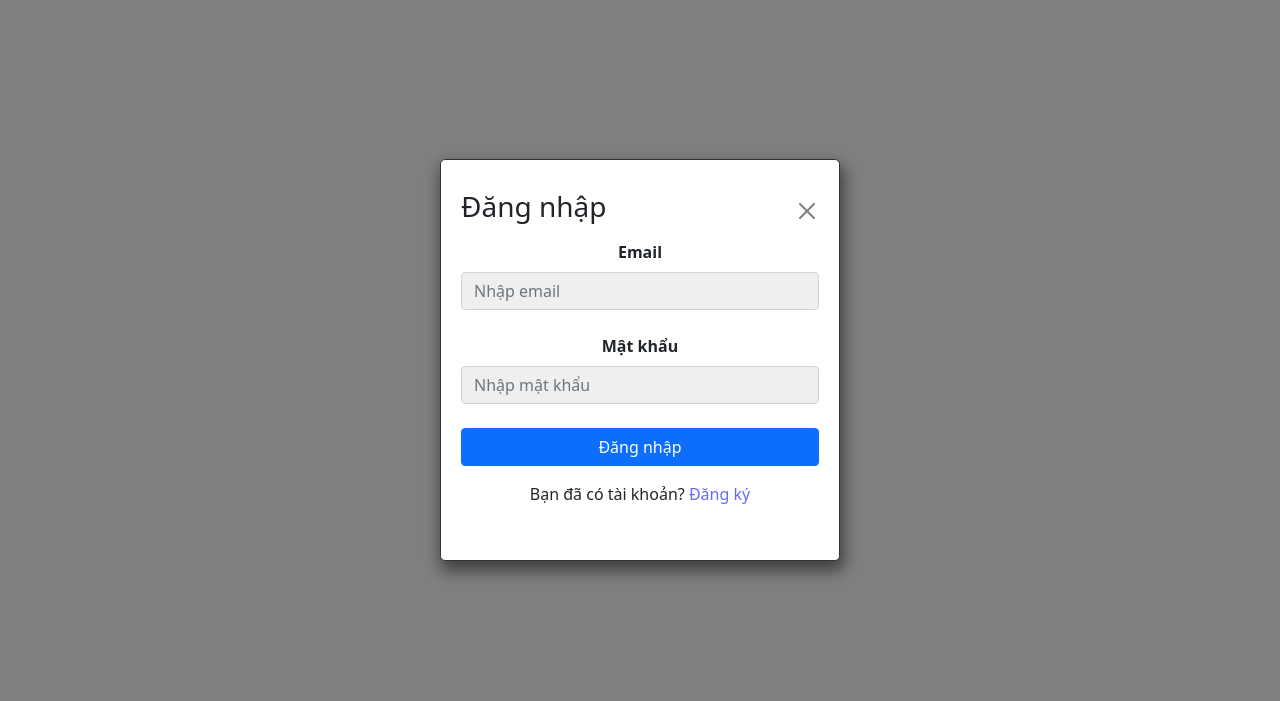
Repository: TinhTT336/MD02_Session12
Page: / (app in client/)
An editor plug-in stored every save of this project. The page is shown before and after the next save, followed by the edit.
The browser window is 1280 px wide. The pictures show the whole page.
The project was rebuilt for these pictures with package versions that can differ from the ones it lists, and the page was loaded fresh each time. Also part of the build but not shown: client/vite.config.js, client/src/utils/formatData.js, client/src/components/admin/manager-product/FormAdd.jsx, client/src/components/admin/manager-product/FormEdit.jsx, client/src/pages/product/ListProduct.jsx, client/src/components/admin/manager-user/FormAddUser.jsx, client/src/components/admin/manager-user/FormEditUser.jsx, client/src/components/base/loading.css and 2 more.

Above is the page before, as saved 2023-09-12 15:13:43.

After the next save:
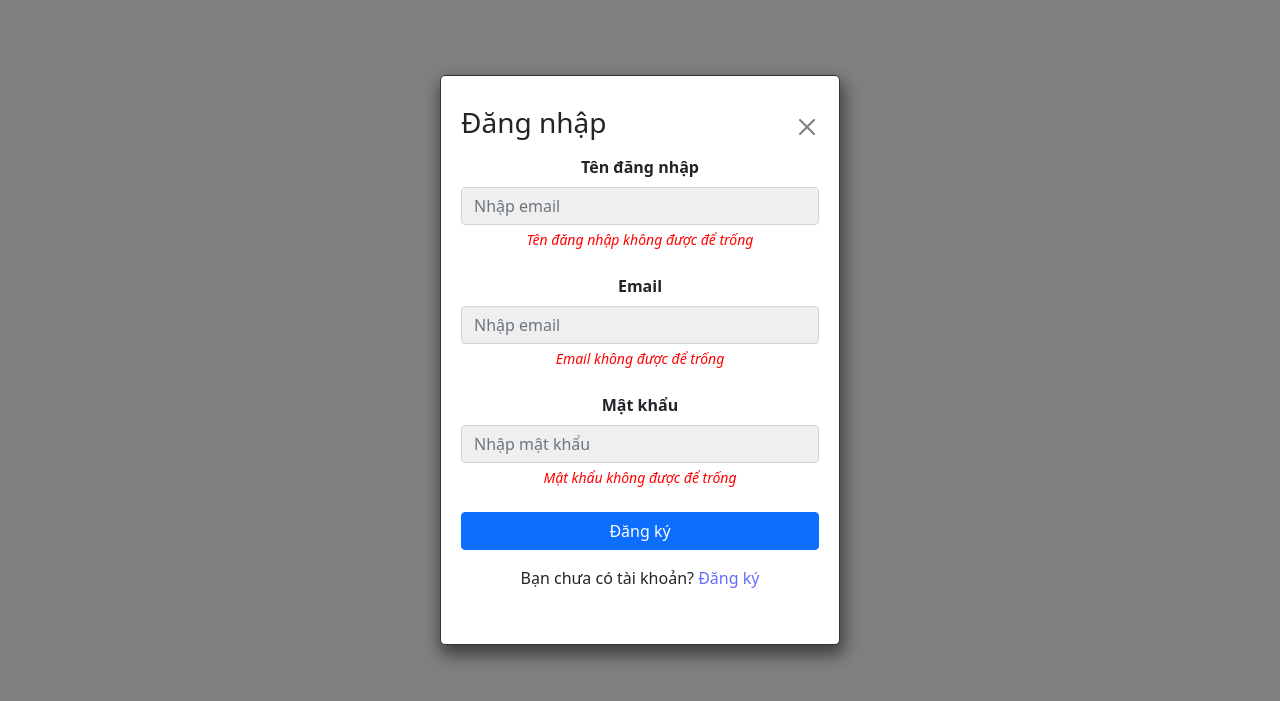
Saved 7 min 15 s later.
--- a/client/src/App.jsx
+++ b/client/src/App.jsx
@@ -5,6 +5,7 @@ import './App.css'
 import ListProduct from './pages/product/ListProduct'
 import ListUser from './pages/admin/ListUser'
 import Login from './pages/user/login/Login'
+import Register from './pages/user/register/Register'
 
 function App() {
   const [count, setCount] = useState(0)
@@ -13,7 +14,8 @@ function App() {
     <>
       {/* <ListProduct /> */}
       {/* <ListUser /> */}
-      <Login />
+      {/* <Login /> */}
+      <Register />
     </>
   )
 }
